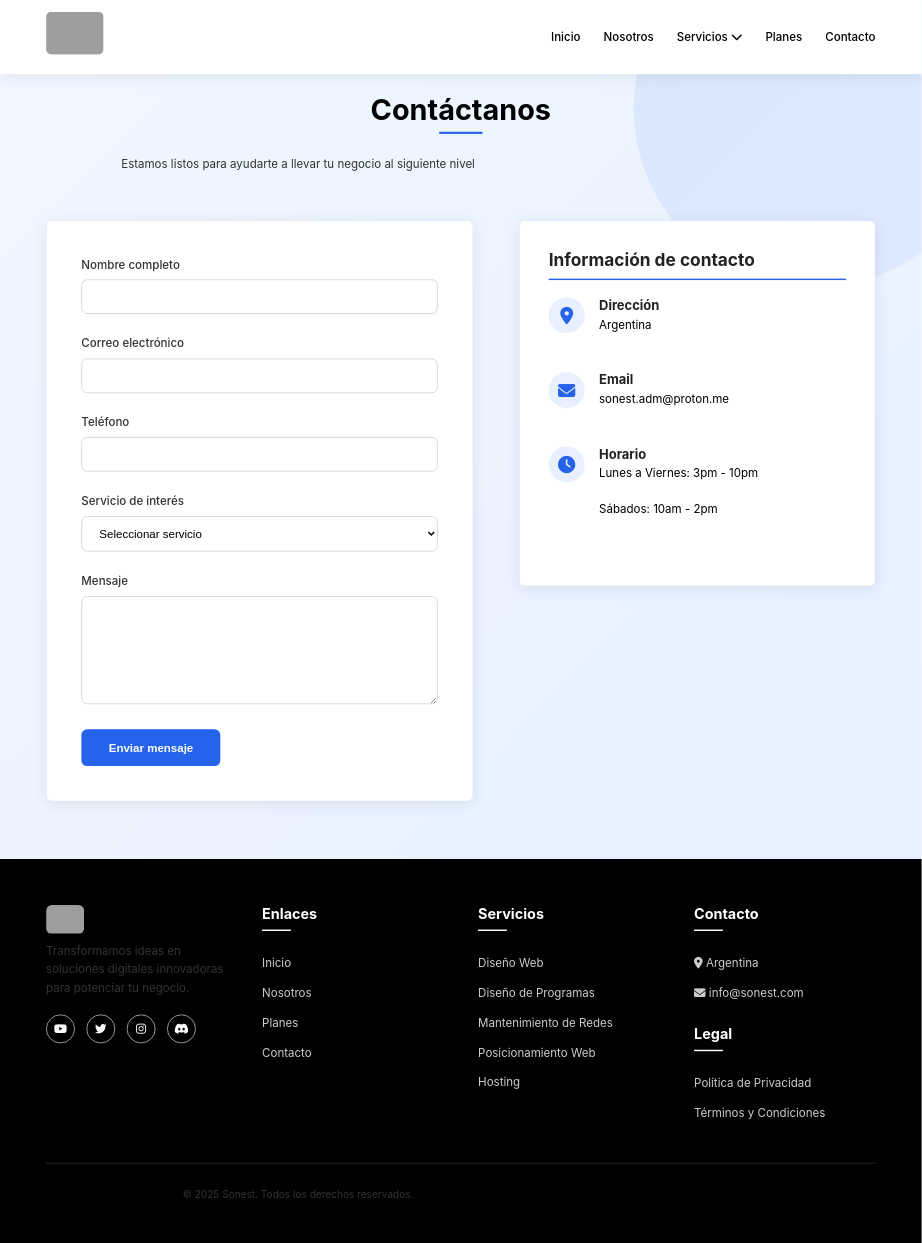
Repository: FabriDevelope/sonest
Page: contacto.html
The author's editor kept a copy of each file at every save. The page is drawn from the files as they stood at one save, then again after the next save.
The browser window is 1280 px wide. The pictures show the whole page, at 72% of full size.
Pictures or frames that could not be fetched are drawn as grey boxes.

Above is the page before, as saved 2025-08-03 02:03:42.

### contacto.html
<!DOCTYPE html>
<html lang="es">
<head>
    <meta charset="UTF-8">
    <meta name="viewport" content="width=device-width, initial-scale=1.0">
    <title>Contacto - Sonest</title>
    <link rel="stylesheet" href="styles.css">
    <link rel="stylesheet" href="https://cdnjs.cloudflare.com/ajax/libs/font-awesome/6.4.0/css/all.min.css">
    <style>
        /* Estilos específicos para la página de contacto */
        .contact-section {
            padding: 8rem 0 5rem;
            background: linear-gradient(135deg, #f0f7ff 0%, #e6f0ff 100%);
            position: relative;
            overflow: hidden;
        }

        .contact-section::before {
            content: '';
            position: absolute;
            top: -100px;
            right: -100px;
            width: 500px;
            height: 500px;
            border-radius: 50%;
            background: linear-gradient(135deg, rgba(37, 99, 235, 0.1) 0%, rgba(37, 99, 235, 0.05) 100%);
            z-index: 0;
        }

        .contact-content {
            display: flex;
            gap: 4rem;
            position: relative;
            z-index: 1;
        }

        .contact-form {
            flex: 1;
            background-color: var(--white);
            border-radius: var(--border-radius);
            padding: 3rem;
            box-shadow: var(--shadow);
            border: 1px solid rgba(37, 99, 235, 0.1);
        }

        .contact-info {
            flex: 1;
        }

        .form-group {
            margin-bottom: 1.75rem;
        }

        label {
            display: block;
            margin-bottom: 0.5rem;
            font-weight: 500;
            color: var(--gray-700);
        }

        input, select, textarea {
            width: 100%;
            padding: 0.875rem 1.25rem;
            border: 1px solid var(--gray-300);
            border-radius: var(--border-radius);
            font-size: 1rem;
            transition: var(--transition);
            background-color: var(--white);
        }

        input:focus, select:focus, textarea:focus {
            outline: none;
            border-color: var(--primary);
            box-shadow: 0 0 0 3px rgba(59, 130, 246, 0.15);
        }

        textarea {
            min-height: 150px;
            resize: vertical;
        }

        .info-card {
            background-color: var(--white);
            border-radius: var(--border-radius);
            padding: 2.5rem;
            box-shadow: var(--shadow);
            border: 1px solid rgba(37, 99, 235, 0.1);
            margin-bottom: 2.5rem;
            transition: var(--transition);
        }

        .info-card:hover {
            transform: translateY(-5px);
            box-shadow: 0 15px 30px rgba(37, 99, 235, 0.15);
        }

        .info-card h3 {
            font-size: 1.5rem;
            margin-bottom: 1.5rem;
            color: var(--gray-800);
            border-bottom: 2px solid var(--primary);
            padding-bottom: 0.75rem;
        }

        .info-item {
            display: flex;
            align-items: flex-start;
            margin-bottom: 1.75rem;
        }

        .info-icon {
            font-size: 1.5rem;
            color: var(--primary);
            margin-right: 1.25rem;
            min-width: 30px;
            background-color: rgba(37, 99, 235, 0.1);
            width: 50px;
            height: 50px;
            border-radius: 50%;
            display: flex;
            align-items: center;
            justify-content: center;
        }

        .info-content h4 {
            font-size: 1.125rem;
            color: var(--gray-800);
            margin-bottom: 0.25rem;
        }

        .info-content p {
            color: var(--gray-600);
        }

        .map-container {
            height: 300px;
            border-radius: var(--border-radius);
            overflow: hidden;
            box-shadow: var(--shadow);
            background-color: var(--gray-200);
            position: relative;
        }

        .map-overlay {
            position: absolute;
            top: 0;
            left: 0;
            width: 100%;
            height: 100%;
            background: linear-gradient(135deg, rgba(37, 99, 235, 0.05) 0%, rgba(37, 99, 235, 0.1) 100%);
            display: flex;
            align-items: center;
            justify-content: center;
            flex-direction: column;
            color: var(--primary);
        }

        .map-overlay i {
            font-size: 3rem;
            margin-bottom: 1rem;
        }

        .map-overlay h3 {
            font-size: 1.5rem;
        }

        @media (max-width: 992px) {
            .contact-content {
                flex-direction: column;
            }
        }
    </style>
</head>
<body>
    <!-- Header -->
    <header>
        <div class="container header-container">
            <a href="index.html" class="logo">
                <img src="https://i.imgur.com/yJCH2BL.png" alt="Sonest Logo" style="height: 60px; margin-right: 10px;">
            </a>
            <nav>
                <ul class="nav-menu">
                    <li class="nav-item"><a href="index.html" class="nav-link">Inicio</a></li>
                    <li class="nav-item"><a href="nosotros.html" class="nav-link">Nosotros</a></li>
                    <li class="nav-item dropdown">
                        <a href="planes.html" class="nav-link">Servicios <i class="fas fa-chevron-down"></i></a>
                        <ul class="dropdown-content">
                            <li><a href="diseno-web.html" class="dropdown-item">Diseño Web</a></li>
                            <li><a href="diseno-programas.html" class="dropdown-item">Diseño de Programas</a></li>
                            <li><a href="mantenimiento-redes.html" class="dropdown-item">Mantenimiento de Redes</a></li>
                            <li><a href="posicionamiento-web.html" class="dropdown-item">Posicionamiento Web</a></li>
                            <li><a href="hosting.html" class="dropdown-item">Hosting</a></li>
                        </ul>
                    </li>
                    <li class="nav-item"><a href="planes.html" class="nav-link">Planes</a></li>
                    <li class="nav-item"><a href="contacto.html" class="nav-link active">Contacto</a></li>
                </ul>
            </nav>
            <div class="mobile-toggle">
                <i class="fas fa-bars"></i>
            </div>
        </div>
    </header>

    <main>
        <section class="contact-section">
            <div class="container">
                <div class="section-title fade-in">
                    <h2>Contáctanos</h2>
                    <p>Estamos listos para ayudarte a llevar tu negocio al siguiente nivel</p>
                </div>

                <div class="contact-content">
                    <div class="contact-form fade-in">
                        <form action="mailto:sonest.adm@proton.me" method="post" enctype="text/plain">
                            <div class="form-group">
                                <label for="name">Nombre completo</label>
                                <input type="text" id="name" name="Nombre" required>
                            </div>

                            <div class="form-group">
                                <label for="email">Correo electrónico</label>
                                <input type="email" id="email" name="Email" required>
                            </div>

                            <div class="form-group">
                                <label for="phone">Teléfono</label>
                                <input type="tel" id="phone" name="Numero de Telefono">
                            </div>

                            <div class="form-group">
                                <label for="service">Servicio de interés</label>
                                <select id="service" name="Servicio">
                                    <option value="">Seleccionar servicio</option>
                                    <option value="Diseño Web">Diseño Web</option>
                                    <option value="Diseño de Programa">Diseño de Programas</option>
                                    <option value="Mantenimiento de Redes">Mantenimiento de Redes</option>
                                    <option value="Posicionamiento Web">Posicionamiento Web</option>
                                    <option value="Hosting">Hosting</option>
                                </select>
                            </div>

                            <div class="form-group">
                                <label for="message">Mensaje</label>
                                <textarea id="message" name="message" required></textarea>
                            </div>

                            <button type="submit" class="btn">Enviar mensaje</button>
                        </form>
                    </div>

                    <div class="contact-info">
                        <div class="info-card fade-in">
                            <h3>Información de contacto</h3>

                            <div class="info-item">
                                <div class="info-icon">
                                    <i class="fas fa-map-marker-alt"></i>
                                </div>
                                <div class="info-content">
                                    <h4>Dirección</h4>
                                    <p>Argentina</p>
                                </div>
                            </div>

                            <div class="info-item">
                                <div class="info-icon">
                                    <i class="fas fa-envelope"></i>
                                </div>
                                <div class="info-content">
                                    <h4>Email</h4>
                                    <p>sonest.adm@proton.me</p>
                                </div>
                            </div>

                            <div class="info-item">
                                <div class="info-icon">
                                    <i class="fas fa-clock"></i>
                                </div>
                                <div class="info-content">
                                    <h4>Horario</h4>
                                    <p>Lunes a Viernes: 3pm - 10pm</p>
                                    <p>Sábados: 10am - 2pm</p>
                                </div>
                            </div>
                        </div>
                    </div>
                </div>
            </div>
        </section>
    </main>

  <!-- Footer -->
<footer>
    <div class="container">
        <div class="footer-grid">
            <div>
                <a href="index.html" class="logo">
                    <img src="https://i.imgur.com/EugKriL.png" alt="Sonest Logo" style="height: 40px; margin-right: 10px;">
                </a>
                <p>Transformamos ideas en soluciones digitales innovadoras para potenciar tu negocio.</p>
                <div class="social-links">
                    <a href="#" class="social-link"><i class="fab fa-youtube"></i></a>
                    <a href="#" class="social-link"><i class="fab fa-twitter"></i></a>
                    <a href="#" class="social-link"><i class="fab fa-instagram"></i></a>
                    <a href="https://discord.gg/TzeV6DSFxJ" class="social-link"><i class="fab fa-discord"></i></a>
                </div>
            </div>
            <div>
                <h4 class="footer-title">Enlaces</h4>
                <ul class="footer-links">
                    <li><a href="index.html" class="footer-link">Inicio</a></li>
                    <li><a href="nosotros.html" class="footer-link">Nosotros</a></li>
                    <li><a href="planes.html" class="footer-link">Planes</a></li>
                    <li><a href="contacto.html" class="footer-link">Contacto</a></li>
                </ul>
            </div>
            <div>
                <h4 class="footer-title">Servicios</h4>
                <ul class="footer-links">
                    <li><a href="diseno-web.html" class="footer-link">Diseño Web</a></li>
                    <li><a href="diseno-programas.html" class="footer-link">Diseño de Programas</a></li>
                    <li><a href="mantenimiento-redes.html" class="footer-link">Mantenimiento de Redes</a></li>
                    <li><a href="posicionamiento-web.html" class="footer-link">Posicionamiento Web</a></li>
                    <li><a href="hosting.html" class="footer-link">Hosting</a></li>
                </ul>
            </div>
            <div>
                <h4 class="footer-title">Contacto</h4>
                <ul class="footer-links">
                    <li><a href="#" class="footer-link"><i class="fas fa-map-marker-alt"></i> Argentina</a></li>
                    <li><a href="mailto:sonest.adm@proton.me" class="footer-link"><i class="fas fa-envelope"></i> info@sonest.com</a></li>
                </ul>
                <!-- Nueva sección Legal -->
                <h4 class="footer-title" style="margin-top: 1.5rem;">Legal</h4>
                <ul class="footer-links">
                    <li><a href="politica-de-privacidad.html" class="footer-link">Política de Privacidad</a></li>
                    <li><a href="terminos-y-condiciones-de-uso.html" class="footer-link">Términos y Condiciones</a></li>
                </ul>
            </div>
        </div>
        <div class="footer-bottom">
            <p>&copy; 2025 Sonest. Todos los derechos reservados.</p>
        </div>
    </div>
</footer>

    <script>
        document.addEventListener('DOMContentLoaded', function() {
            const mobileToggle = document.querySelector('.mobile-toggle');
            const navMenu = document.querySelector('.nav-menu');

            if (mobileToggle && navMenu) {
                mobileToggle.addEventListener('click', function() {
                    navMenu.classList.toggle('active');
                });
            }

            // Animaciones al hacer scroll
            const observer = new IntersectionObserver((entries) => {
                entries.forEach(entry => {
                    if (entry.isIntersecting) {
                        entry.target.classList.add('fade-in-visible');
                    }
                });
            }, { threshold: 0.1 });

            document.querySelectorAll('.fade-in').forEach(element => {
                observer.observe(element);
            });
        });
    </script>
</body>
</html>

Loaded but not shown: styles.css (684 lines, source omitted)

After the next save:
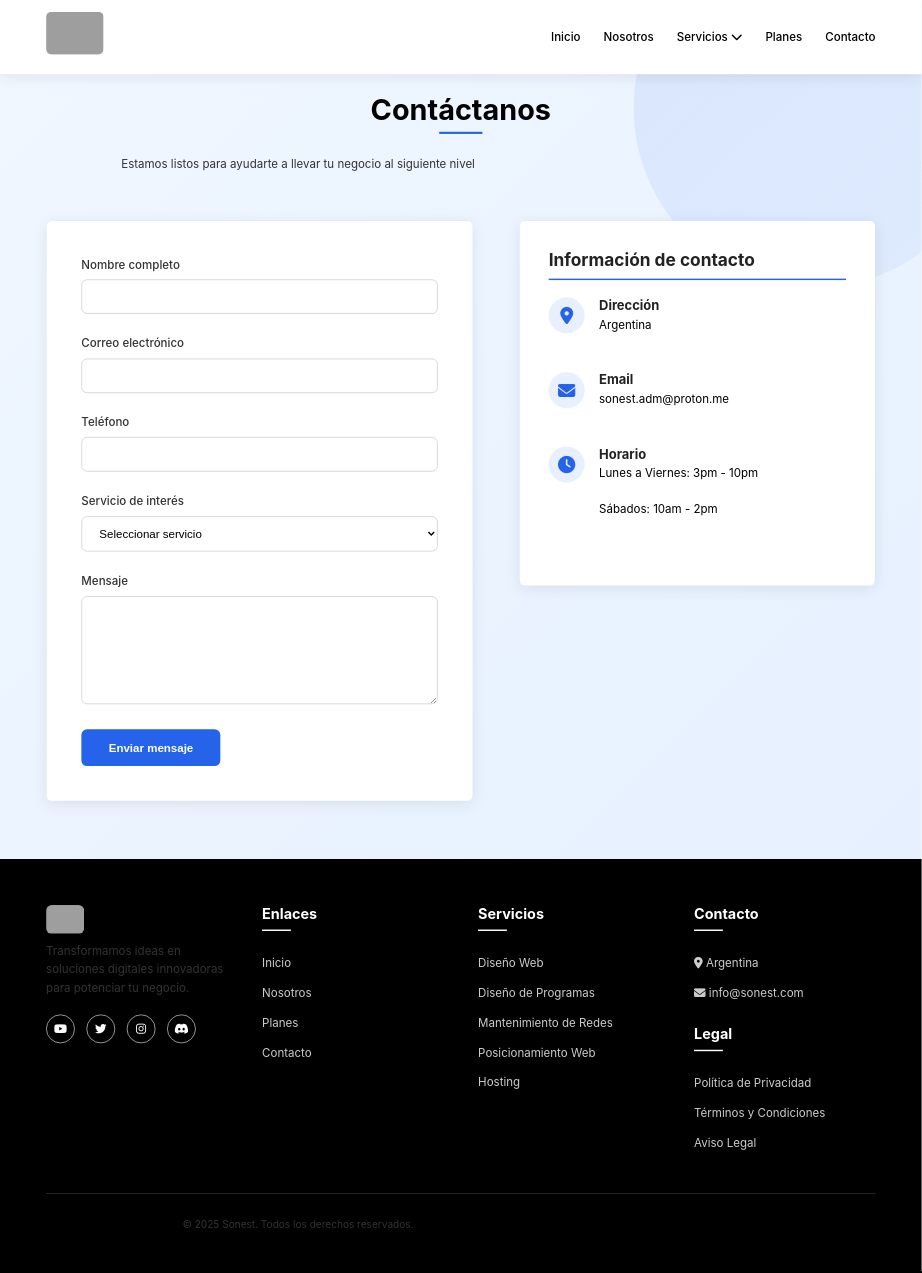
Saved 19 s later.
--- a/contacto.html
+++ b/contacto.html
@@ -336,6 +336,7 @@
                 <ul class="footer-links">
                     <li><a href="politica-de-privacidad.html" class="footer-link">Política de Privacidad</a></li>
                     <li><a href="terminos-y-condiciones-de-uso.html" class="footer-link">Términos y Condiciones</a></li>
+                    <li><a href="aviso-legal.html"class="footer-link">Aviso Legal</a></li>
                 </ul>
             </div>
         </div>
